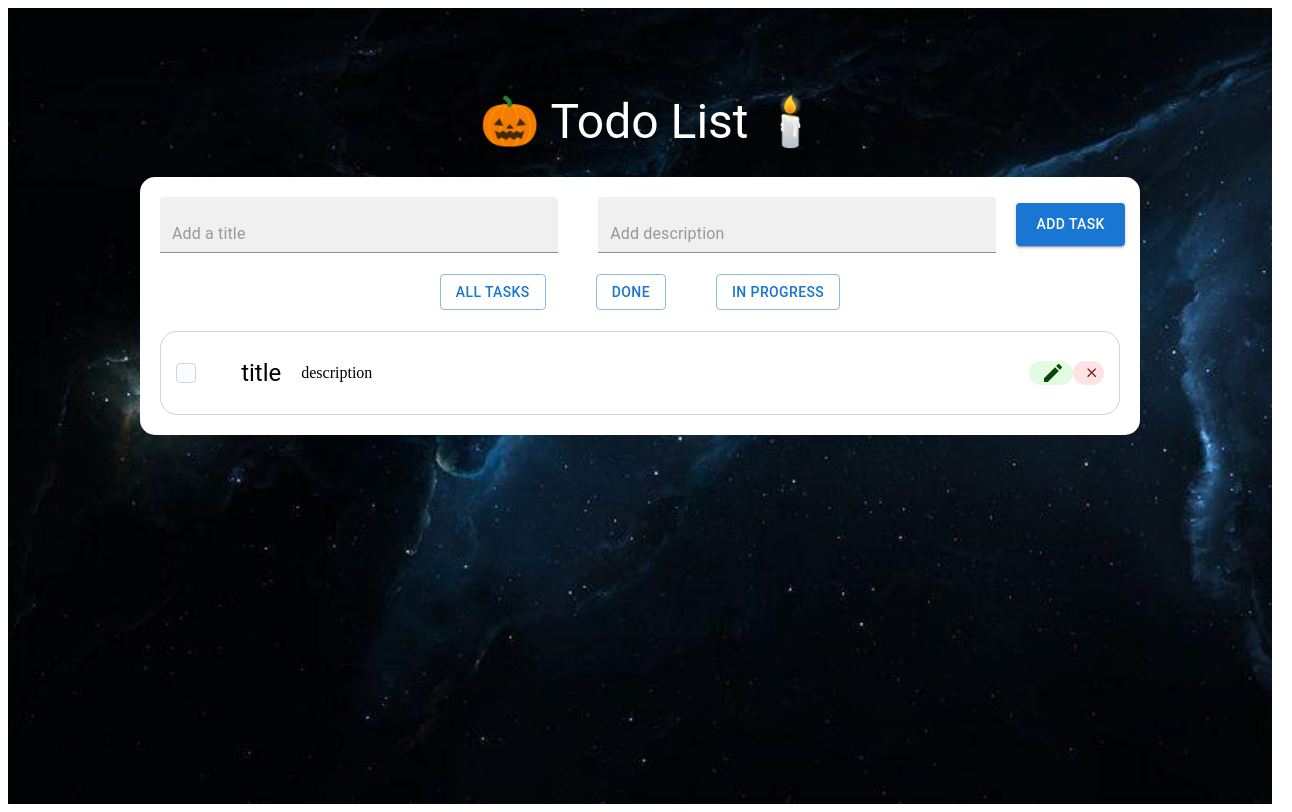
Repository: Tracy-maker/TodoList
Page: /
An editor plug-in stored every save of this project. The page is shown before and after a run of saves, followed by the edit.
The browser window is 1280 px wide. The page is 1292 px wide, so the pictures cover 1292 px, including what lies to the right of the window. The pictures show the whole page.
The project was rebuilt for these pictures with package versions that can differ from the ones it lists, and the page was loaded fresh each time. Also part of the build but not shown: src/components/TaskEdit.js.

Above is the page before, as saved 2023-09-20 20:41:32.

### public/index.html
<!DOCTYPE html>
<html lang="en">
  <head>
    <meta charset="utf-8" />
    <link rel="icon" href="%PUBLIC_URL%/favicon.ico" />
    <meta name="viewport" content="width=device-width, initial-scale=1" />
    <meta name="theme-color" content="#000000" />
    <meta
      name="description"
      content="Web site created using create-react-app"
    />
    <link rel="apple-touch-icon" href="%PUBLIC_URL%/logo192.png" />
    <!--
      manifest.json provides metadata used when your web app is installed on a
      user's mobile device or desktop. See https://developers.google.com/web/fundamentals/web-app-manifest/
    -->
    <link rel="manifest" href="%PUBLIC_URL%/manifest.json" />
    <link href="https://fonts.googleapis.com/css2?family=Montserrat:wght@300;400;500&amp;display=swap" rel="stylesheet">
    <!--
      Notice the use of %PUBLIC_URL% in the tags above.
      It will be replaced with the URL of the `public` folder during the build.
      Only files inside the `public` folder can be referenced from the HTML.

      Unlike "/favicon.ico" or "favicon.ico", "%PUBLIC_URL%/favicon.ico" will
      work correctly both with client-side routing and a non-root public URL.
      Learn how to configure a non-root public URL by running `npm run build`.
    -->
    <title>React App</title>
  </head>
  <body>
    <noscript>You need to enable JavaScript to run this app.</noscript>
    <div id="root"></div>
    <!--
      This HTML file is a template.
      If you open it directly in the browser, you will see an empty page.

      You can add webfonts, meta tags, or analytics to this file.
      The build step will place the bundled scripts into the <body> tag.

      To begin the development, run `npm start` or `yarn start`.
      To create a production bundle, use `npm run build` or `yarn build`.
    -->
  </body>
</html>

### src/App.js
import { useState, useEffect } from "react";
import CreateTask from "./components/CreateTask";
import TaskList from "./components/TaskList";
import { Box, Stack } from "@mui/material";
import styled from "styled-components";
import Typography from "@mui/material/Typography";
import Image1 from "./image/7.jpg";
import TaskButton from "./components/TaskButton";

const StyledContainer = styled(Stack)`
  height: 100vh;
  width: 100%;
  display: flex;
  align-items: stretch;
  padding-top: 6%;
  background-image: url(${Image1});
  background-size: cover;
  background-repeat: no-repeat;
`;

const TaskForm = styled(Box)`
  margin-left: auto;
  margin-right: auto;
  width: 1000px;
  background-color: white;
  border-radius: 15px;
  @media (max-width: 768px) {
    width: 100%;
  }
`;
const Title = styled(Typography)`
  color: white;
  margin: auto;
  width: 100%;
  padding: 10px;
  text-align: center;
`;

function App() {

  const [tasks, setTasks] = useState(() => {
    const localValue = localStorage.getItem("tasks");
    if (localValue == null) return [];
    return JSON.parse(localValue);
  });

  useEffect(() => {
    localStorage.setItem("tasks", JSON.stringify(tasks));
  }, [tasks]);

  const createTask = (title, description) => {
    const newTask = {
      id: crypto.randomUUID(),
      title: title,
      description: description,
      status: "inProgress",
    };

    const existingTasks = JSON.parse(localStorage.getItem("tasks")) || [];
    existingTasks.push(newTask);
    localStorage.setItem("tasks", JSON.stringify(existingTasks));
    setTasks(existingTasks);
  };

  const deleteTasksById = (id) => {
    const existingTasks = JSON.parse(localStorage.getItem("tasks")) || [];
    const updatedTasks = existingTasks.filter((task) => {
      return task.id !== id;
    });
    localStorage.setItem("tasks", JSON.stringify(updatedTasks));
    setTasks(updatedTasks);
  };

  const editTaskById = (id, newTitle, newDescription) => {
    const existingTasks = JSON.parse(localStorage.getItem("tasks")) || [];
    const taskToEdit = existingTasks.findIndex((task) => task.id === id);

    if (taskToEdit) {
      const updatedTask = {
        ...taskToEdit,
        title: newTitle,
        description: newDescription,
      };

      const updatedTasks = existingTasks.map((task) =>
        task.id === id ? updatedTask : task
      );
      localStorage.setItem("tasks", JSON.stringify(updatedTasks));
      setTasks(updatedTasks);
    }
  };



  return (
    <StyledContainer>
      <Title variant="h3" gutterBottom>
        🎃 Todo List 🕯️
      </Title>
      <TaskForm>
        <CreateTask onCreate={createTask} />
        <TaskButton/>
        <TaskList />
      </TaskForm>
    </StyledContainer>
  );
}
export default App;

### src/components/CreateTask.js
import * as React from "react";
import Stack from "@mui/material/Stack";
import TextField from "@mui/material/TextField";
import Button from "@mui/material/Button";
import { useState } from "react";
import { styled } from "@mui/material";

const Input = styled(TextField)`
  padding:2%;
  width: 80%;
`;

const AddButton = styled(Button)`
  margin: auto;
  width: 20%;
  padding: 9px;
  text-align: center;
  margin-right: 15px;
`;

function CreateTask(props) {
  const [title, setTitle] = useState("");
  const [description, setDescription] = useState("");

  const handleChange = (event) => {
    const { name, value } = event.target;
    if (name === "title") {
      setTitle(value);
    } else if (name === "description") {
      setDescription(value);
    }
  };

  const handleSubmit = (event) => {
    event.preventDefault();
    if (title.trim() !== "" || description.trim() !== "") {
      props.onCreate({ title, description });
      setTitle("");
      setDescription("");
    }
  };

  return (
    <Stack onSubmit={handleSubmit} component="form" direction="row">
      <Input
        name="title"
        value={title}
        onChange={handleChange}
        placeholder="Add a title"
        variant="filled"
      />
      <Input
        name="description"
        value={description}
        onChange={handleChange}
        placeholder="Add description"
        variant="filled"
      />
      <AddButton type="submit" variant="contained">
        Add Task
      </AddButton>
    </Stack>
  );
}

export default CreateTask;

### src/components/TaskList.js
import React from "react";
import { Box, Button} from "@mui/material";
import TaskShow from "./TaskShow";
import styled from "styled-components";

const ButtonNavigationBar = styled(Box)`
  display: flex;
  justify-content: center;
  gap: 40px;
  padding: 10px;
`;

function TaskList(props) {
  return (
    <>


      <TaskShow />
    </>
  );
}

export default TaskList;

### src/components/TaskButton.js
import * as React from "react";
import { Box, Button } from "@mui/material";
import styled from "styled-components";

const ButtonNavigationBar = styled(Box)`
  display: flex;
  justify-content: center;
  gap: 50px;
  padding: 1px;
`;

function TaskButton(props) {
  return (
    <ButtonNavigationBar>
      <Button
        variant={props.defaultValue === "all" ? "contained" : "outlined"}
        onClick={() => props.onFilterChange("all")}
      >
        All Tasks
      </Button>
      <Button
        variant={props.defaultValue === "done" ? "contained" : "outlined"}
        onClick={() => props.onFilterChange("done")}
      >
        Done
      </Button>
      <Button
        variant={props.defaultValue === "inProgress" ? "contained" : "outlined"}
        onClick={() => props.onFilterChange("inProgress")}
      >
        In Progress
      </Button>
    </ButtonNavigationBar>
  );
}
export default TaskButton;

### src/components/TaskShow.js
import * as React from "react";
import { useState } from "react";
import Typography from "@mui/material/Typography";
import Checkbox from "@mui/joy/Checkbox";
import Chip from "@mui/joy/Chip";
import ChipDelete from "@mui/joy/ChipDelete";
import styled from "styled-components";
import { Box } from "@mui/material";
import EditIcon from "@mui/icons-material/Edit";
import TaskEdit from "./TaskEdit";

const TaskItem = styled(Box)`
  display: flex;
  justify-content: space-between;
  align-items: center;
  padding: 15px;
  border-style: solid;
  border-width: 1px;
  margin: 2%;
  border-radius: 17px;
  border-color: lightgray;
`;

const TaskContent = styled(Box)`
  display: flex;
  margin: auto;
  width: 80%;
  padding: 10px;
  align-items: center;
  gap: 20px
`;

const TaskInformation = styled(Typography)`
  text-decoration: ${({ isDeleted }) => (isDeleted ? "line-through" : "none")};
`;

function TaskShow(props) {
  const [showEdit, setShowEdit] = useState(false);

  const handleEdit = () => {
    setShowEdit(!showEdit);
  };

  const handleSubmit = (id, newTitle, newDescription) => {
    setShowEdit(false);
    props.onEdit(id, newTitle, newDescription);
  };

  let content;

  /* // if (showEdit) {
  //   content = <TaskEdit onSubmit={handleSubmit} task={props.task} />;
  // } else {
  //   content = (
  //     <>
  //       <h3>{props.task.title}</h3>
  //       <p>{props.task.description}</p>
  //     </>
  //   );
  // } */

  const handleDelete = () => {
    props.onDelete(props.task.id);
  };

  const handleCheckboxChange = () => {
    props.toggleCheckedBoxById(props.task.id);
  };

  return (
    <TaskItem>
      <Checkbox onChange={handleCheckboxChange} />
      <TaskContent>
        <TaskInformation variant="h5">title</TaskInformation>
        <TaskInformation variant="h7">description</TaskInformation>
      </TaskContent>

      <Box>
        <Chip
          variant="soft"
          color="success"
          onClick={handleEdit}
          endDecorator={<EditIcon />}
        />
        <Chip
          variant="soft"
          color="danger"
          endDecorator={<ChipDelete onClick={handleDelete} />}
        />
      </Box>
    </TaskItem>
  );
}

export default TaskShow;

Loaded but not shown: src/index.js (common file)

After the next 2 saves:
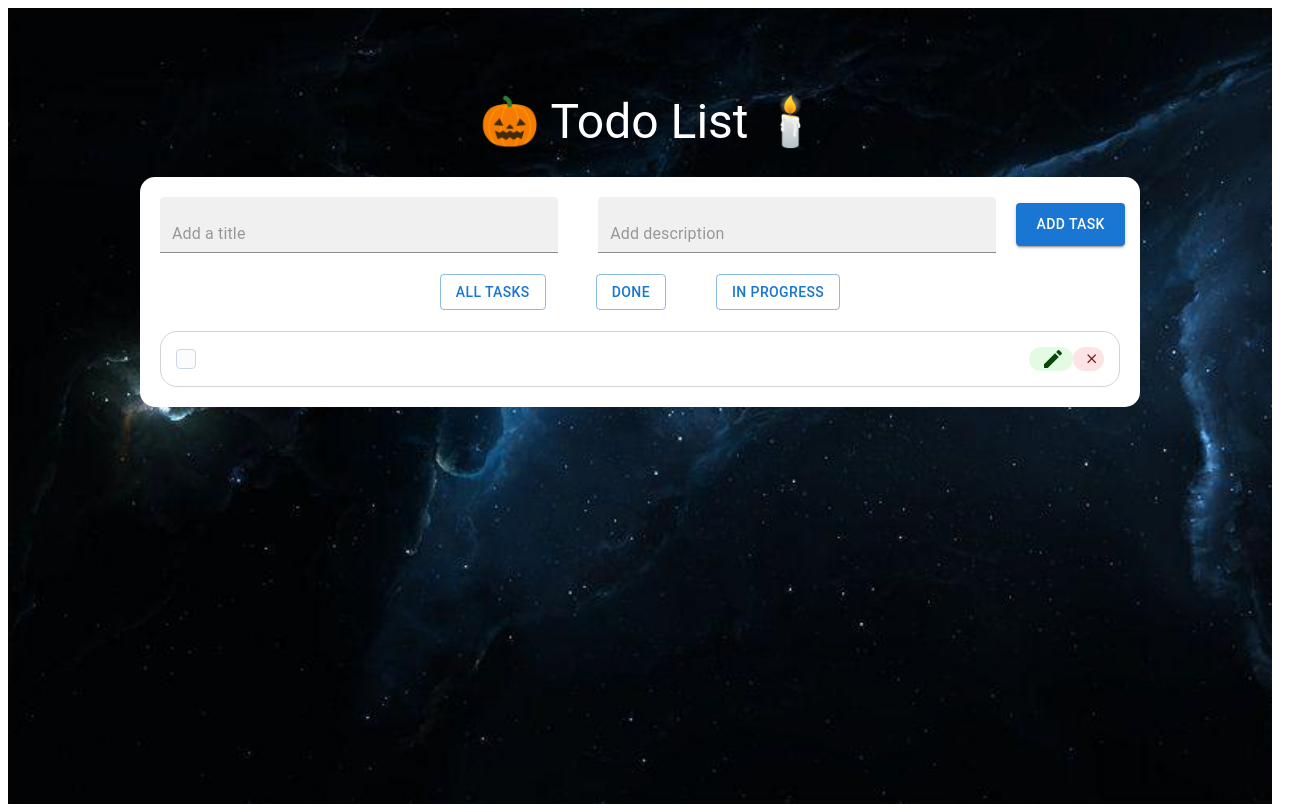
The 2 saves are shown as one change because 1 did not build or start.
The last was saved 2 min 45 s later.
--- a/src/components/TaskShow.js
+++ b/src/components/TaskShow.js
@@ -48,16 +48,16 @@ function TaskShow(props) {
 
   let content;
 
-  /* // if (showEdit) {
-  //   content = <TaskEdit onSubmit={handleSubmit} task={props.task} />;
-  // } else {
-  //   content = (
-  //     <>
-  //       <h3>{props.task.title}</h3>
-  //       <p>{props.task.description}</p>
-  //     </>
-  //   );
-  // } */
+  if (showEdit) {
+     content = <TaskEdit onSubmit={handleSubmit} task={props.task} />;
+   } else {
+     content = (
+       <>
+       <TaskInformation variant="h5"></TaskInformation>
+        <TaskInformation variant="h7">description</TaskInformation>
+       </>
+     );
+   }
 
   const handleDelete = () => {
     props.onDelete(props.task.id);
@@ -71,8 +71,7 @@ function TaskShow(props) {
     <TaskItem>
       <Checkbox onChange={handleCheckboxChange} />
       <TaskContent>
-        <TaskInformation variant="h5">title</TaskInformation>
-        <TaskInformation variant="h7">description</TaskInformation>
+
       </TaskContent>
 
       <Box>
